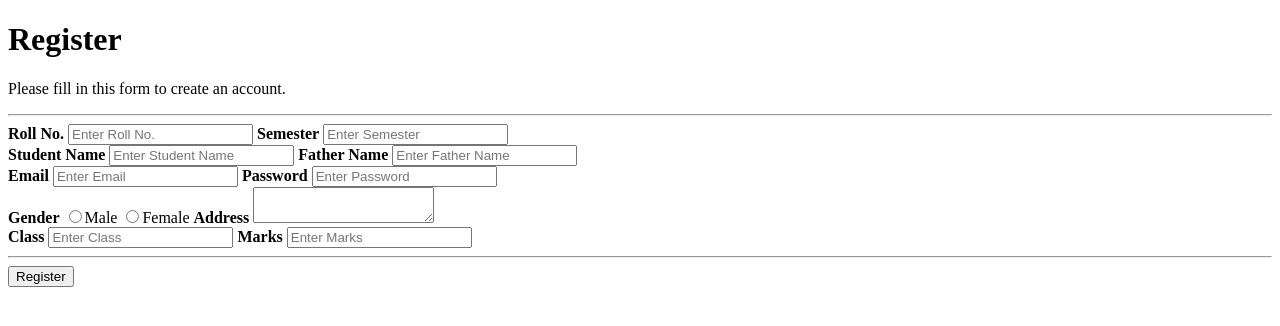
Repository: laxmichauhan/Student-Data-Insertion
Page: Application1/WebContent/register.html
These files come from the project's save history. The page is drawn as it stood at one moment and after the next save; the edit follows.
The browser window is 1280 px wide. The pictures show the whole page.

Above is the page before, as saved 2019-02-19 07:26:01.

### Application1/WebContent/register.html
<!DOCTYPE html>
<html>
<head>
<meta charset="ISO-8859-1">
<title>Insert title here</title>
</head>
<body>
<form action="Register">
  <div class="container">
    <h1>Register</h1>
    <p>Please fill in this form to create an account.</p>
    <hr>
     <label for="RollNo"><b>Roll No.</b></label>
    <input type="text" placeholder="Enter Roll No." name="rollno" required>

     <label for="Semester"><b>Semester</b></label>
    <input type="text" placeholder="Enter Semester" name="sem" required><br>

    <label for="Student Name"><b>Student Name</b></label>
    <input type="text" placeholder="Enter Student Name" name="name" required>

	<label for="Father Name"><b>Father Name</b></label>
    <input type="text" placeholder="Enter Father Name" name="fname" required><br>

    <label for="email"><b>Email</b></label>
    <input type="text" placeholder="Enter Email" name="email" required>

    <label for="psw"><b>Password</b></label>
    <input type="password" placeholder="Enter Password" name="psw" required><br>

    <label for="Gender"><b>Gender</b></label>
    <input type="radio" name="gender" value="Male"/>Male
     <input type="radio" name="gender" value="Female"/>Female

    <label for="Address"><b>Address</b></label>
    <textarea name="address"></textarea><br>

    <label for="Class"><b>Class</b></label>
    <input type="text" placeholder="Enter Class" name="class" required>

     <label for="Marks"><b>Marks</b></label>
    <input type="text" placeholder="Enter Marks" name="Marks" required><br>
    <hr>
    <button type="submit" class="registerbtn">Register</button>
  </div>
</form>
</form>

</body>
</html>

After the next save:
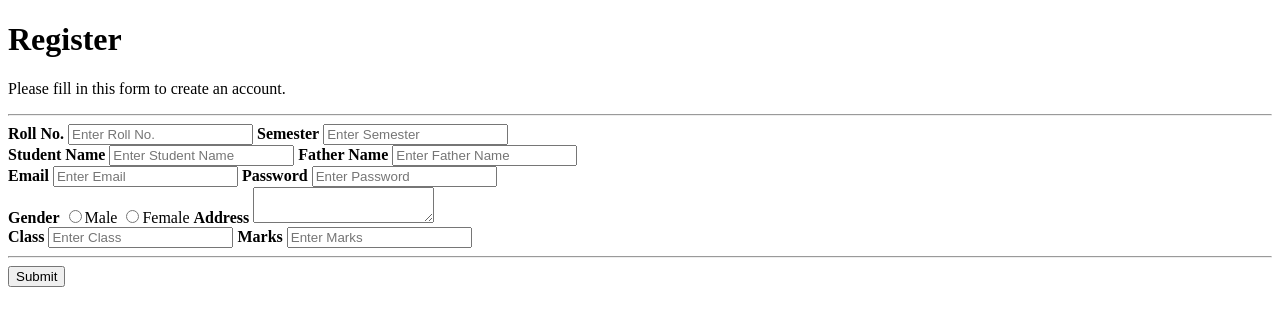
Saved 27 s later.
--- a/Application1/WebContent/register.html
+++ b/Application1/WebContent/register.html
@@ -41,7 +41,7 @@
      <label for="Marks"><b>Marks</b></label>
     <input type="text" placeholder="Enter Marks" name="Marks" required><br>
     <hr>
-    <button type="submit" class="registerbtn">Register</button>
+    <button type="submit">Submit</button>
   </div>
 </form>
 </form>
